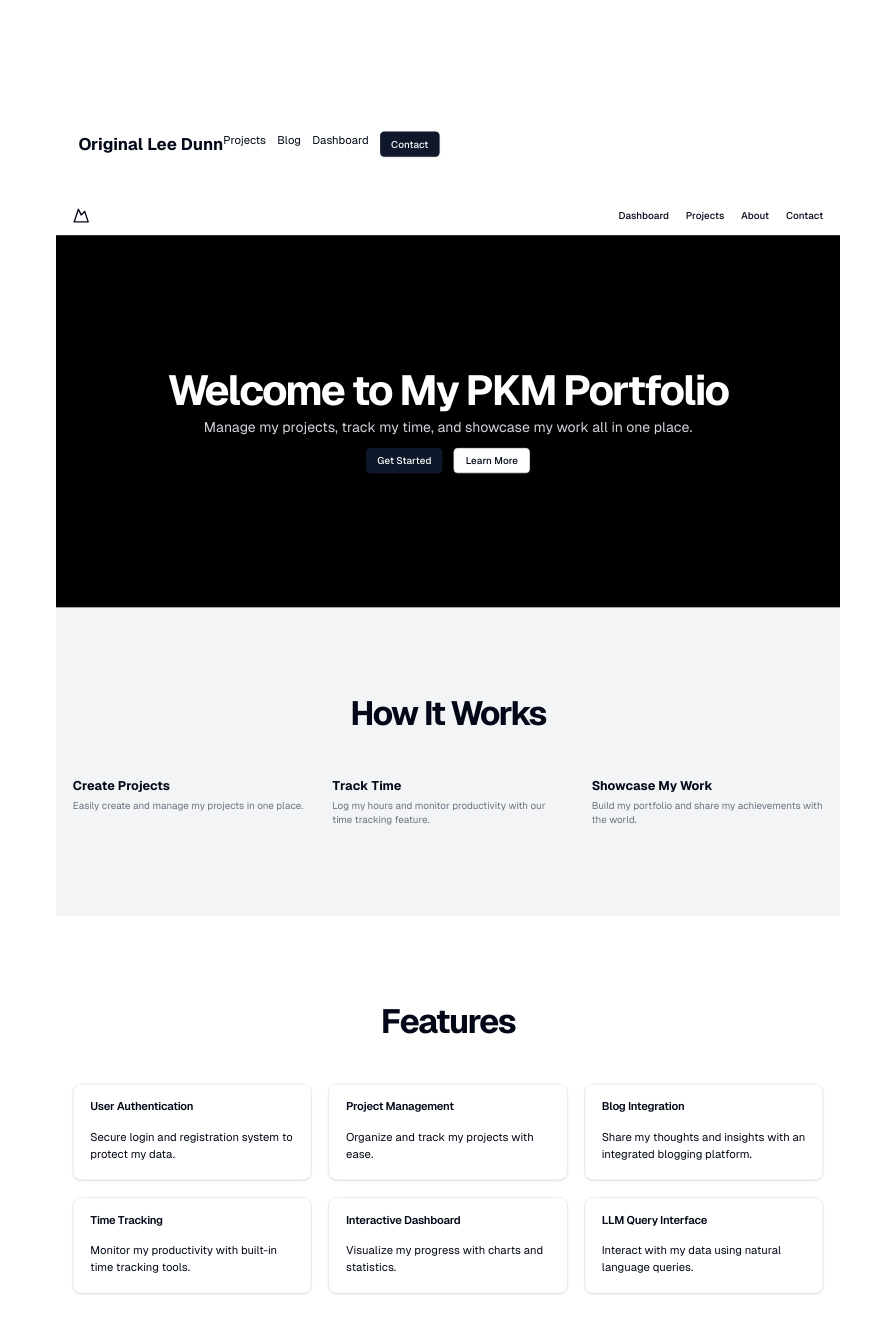
Repository: OriginalLeeDunn/pkm-portfolio
Page: /
The author's editor kept a copy of each file at every save. The page is drawn from the files as they stood at one save, then again after the next save.
The browser window is 1280 px wide. The pictures show the part of the page from y = 0 to 1920 px (the page is 3643 px tall), at 70% of full size.
The project was rebuilt for these pictures with package versions that can differ from the ones it lists, and the page was loaded fresh each time. The framework's server and built-in components were replaced by stand-ins that run in the browser. Also part of the build but not shown: next.config.mjs.

Above is the page before, as saved 2024-10-16 08:04:27.

After the next save:
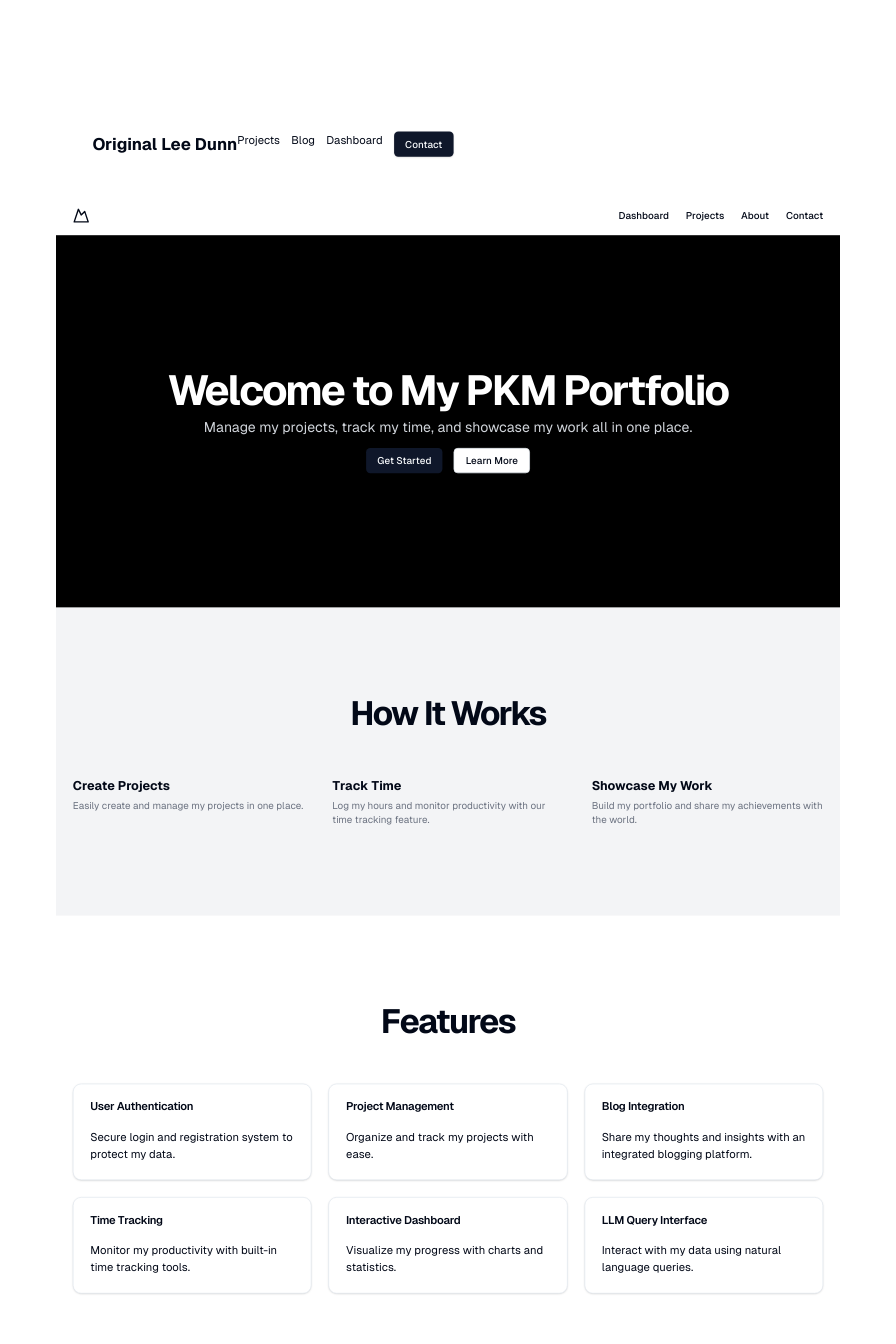
Saved 15 s later.
--- a/src/components/Header.tsx
+++ b/src/components/Header.tsx
@@ -3,7 +3,7 @@
 
 export default function Header() {
   return (
-    <header className="w-full py-6 px-50 bg-background">
+    <header className="w-full py-6 px-5 bg-background">
       <div className="container mx-auto flex justify-between items-center">
         <Link href="/" className="text-2xl font-bold">
           Original Lee Dunn

After the save that followed:
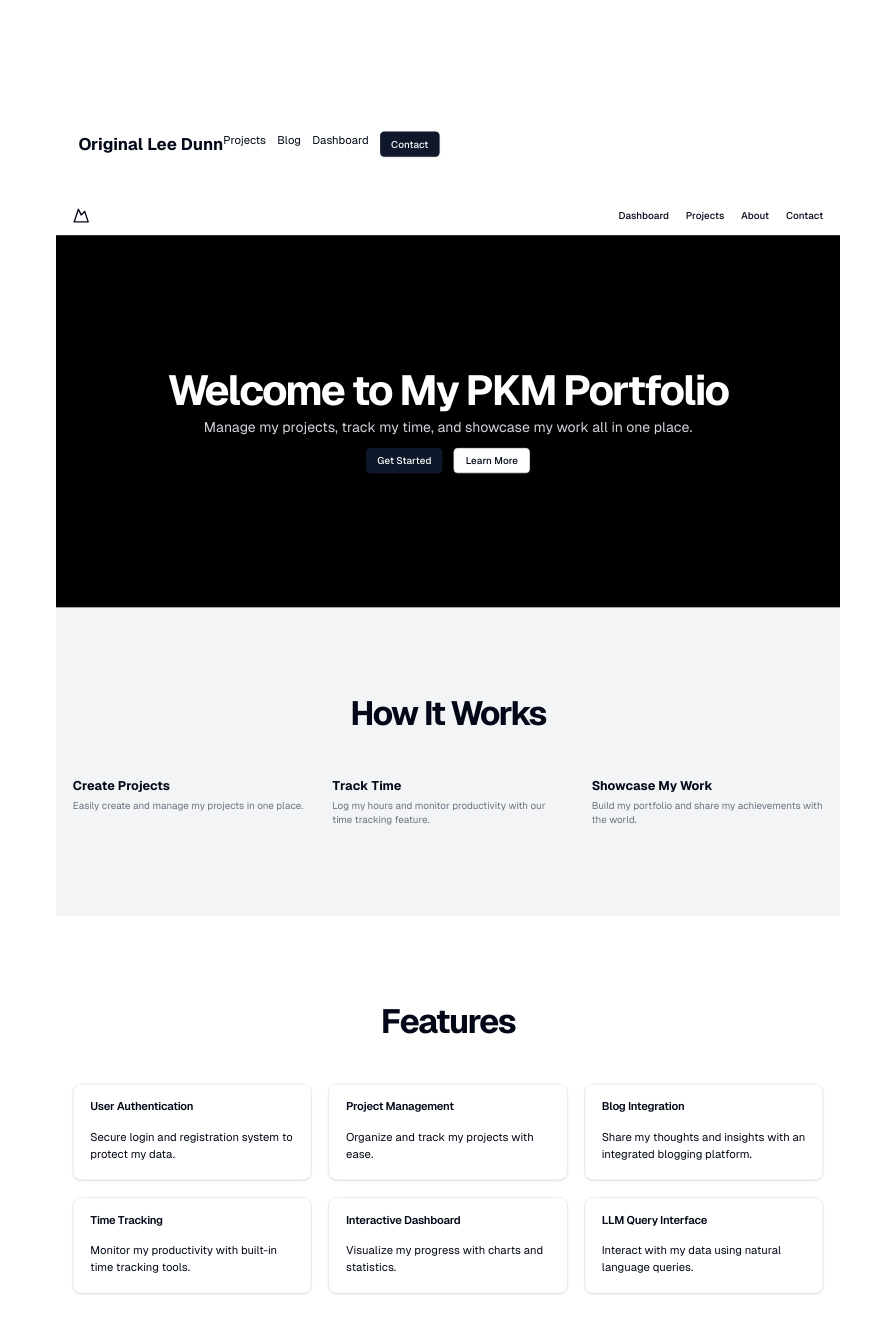
Saved 6 s later.
--- a/src/components/Header.tsx
+++ b/src/components/Header.tsx
@@ -3,7 +3,7 @@
 
 export default function Header() {
   return (
-    <header className="w-full py-6 px-5 bg-background">
+    <header className="w-full py-6 px-25 bg-background">
       <div className="container mx-auto flex justify-between items-center">
         <Link href="/" className="text-2xl font-bold">
           Original Lee Dunn
